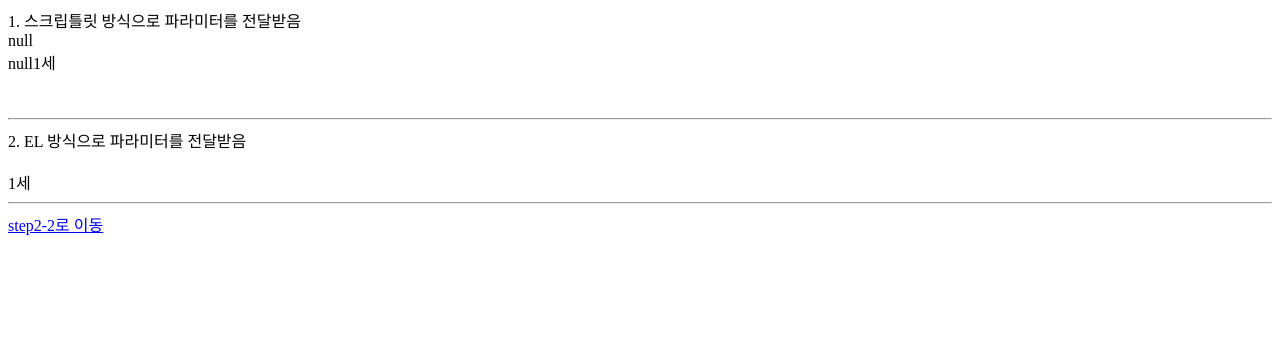
Repository: novemberjj/jsp
Page: http://localhost/jstl_study/step2-3.jsp
These files come from the project's save history. The page is drawn as it stood at one moment and after the next save; the edit follows.
The browser window is 1280 px wide. The pictures show the whole page.
The page is served by Tomcat 9. Other server files are loaded and not shown.

Above is the page before, as saved 2023-05-09 07:15:23.

### jstl_project/jstl_study/src/main/webapp/step2-3.jsp
<%@ page language="java" contentType="text/html; charset=UTF-8"
    pageEncoding="UTF-8"%>
<!DOCTYPE html>
<html>
<head>
<meta charset="UTF-8">
<title>EL param 연습2</title>
</head>
<body>
	1. 스크립틀릿 방식으로 파라미터를 전달받음 <br>
	<%= request.getParameter("nick") %> <br>
	<%= request.getParameter("age")+1 %>세 <br>
	<br><br>
	<hr>
	2. EL 방식으로 파라미터를 전달받음 <br>
	${param.nick } <br>
	${param.age+1 }세 <br>
	<hr>
	<a href="step2-2.jsp">step2-2로 이동</a>

</body>
</html>

After the next save:
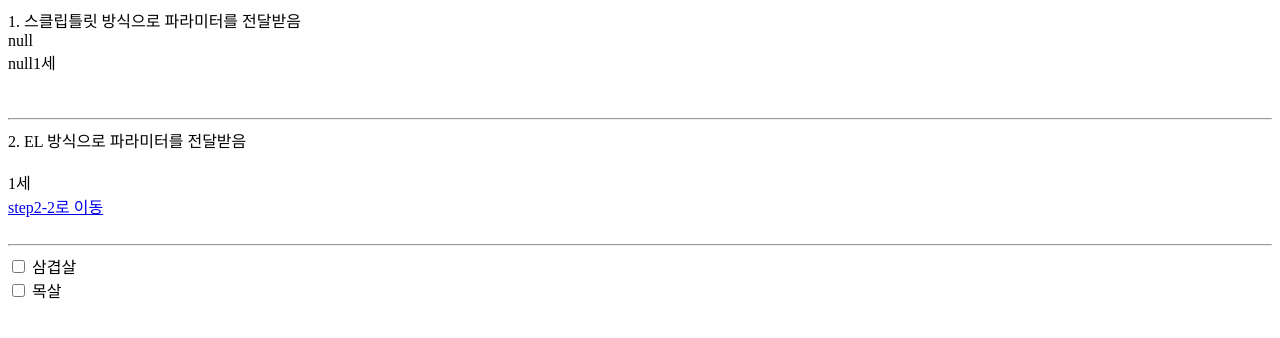
Saved 4 min 53 s later.
--- a/jstl_project/jstl_study/src/main/webapp/step2-3.jsp
+++ b/jstl_project/jstl_study/src/main/webapp/step2-3.jsp
@@ -7,16 +7,26 @@
 <title>EL param 연습2</title>
 </head>
 <body>
-	1. 스크립틀릿 방식으로 파라미터를 전달받음 <br>
+	<!-- 스클립틀릿 방식에서는 넘어오는 parameter값이 문자열로 인식
+	age+1의 값을 전달하면 201 나이 뒤에 1이 추가되는 형태로 전송 -->
+	1. 스클립틀릿 방식으로 파라미터를 전달받음 <br>
 	<%= request.getParameter("nick") %> <br>
-	<%= request.getParameter("age")+1 %>세 <br>
+	<%= request.getParameter("age")+1 %>세 <br> <!-- 201세 -->
 	<br><br>
 	<hr>
+	<!-- EL 방식은 내부적으로 형변환(Integer.parseInt())
+	이 이루어져 연산이 가능 20+1로 인식되어 전송 -->
 	2. EL 방식으로 파라미터를 전달받음 <br>
 	${param.nick } <br>
-	${param.age+1 }세 <br>
+	${param.age+1 }세 <br><!-- 21세 -->
+	<a href="step2-2.jsp">step2-2로 이동</a>
+	<br><br>
+
 	<hr>
-	<a href="step2-2.jsp">step2-2로 이동</a>
+	<form action="step2-4.jsp">
+		<input type="checkbox" name="food" value="삼겹살"> 삼겹살 <br>
+		<input type="checkbox" name="food" value="목살"> 목살 <br>
+	</form>
 
 </body>
 </html>
